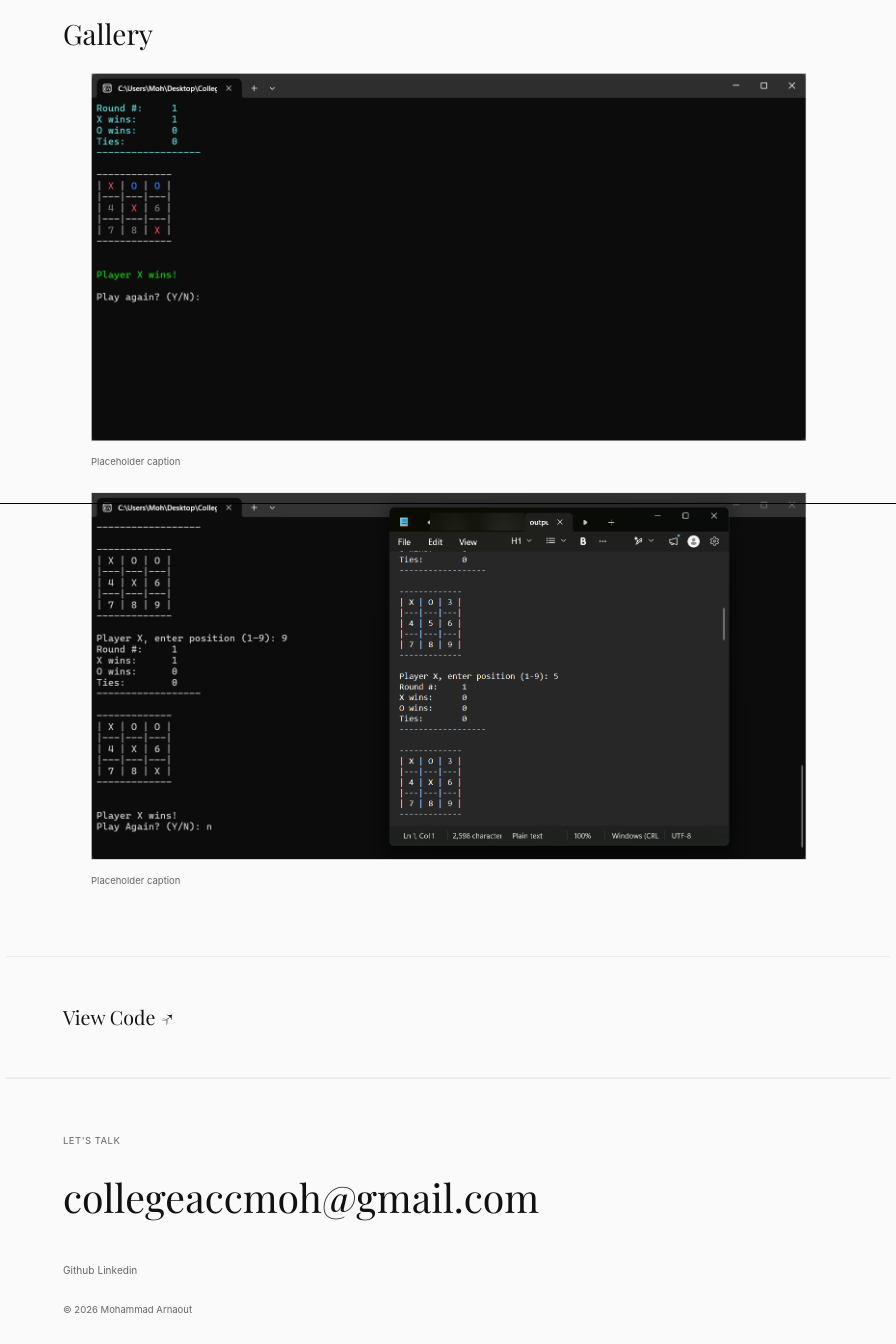
Repository: Moh-Arna/Moh-Arna
Page: project-detail-p1.html
An editor plug-in stored every save of this project. The page is shown before and after the next save, followed by the edit.
The browser window is 1280 px wide. The pictures show the part of the page from y = 2185 to 4105 px (the page is 4121 px tall), at 70% of full size.
Some web fonts or font styles are not loaded; a fallback is used.

Above is the page before, as saved 2026-05-15 22:17:49.

### project-detail-p1.html

<!DOCTYPE html>
<html lang="en">
<head>
  <meta charset="UTF-8">
  <meta name="viewport" content="width=device-width, initial-scale=1.0">
  <title>Tic Tac Toe — Mohammad Arnaout</title>

  <link rel="stylesheet" href="/styles/globals.css">
  <link rel="stylesheet" href="/styles/project-details.css">
</head>

<body>

    <header class="header">

    <div class="container header-inner">

        <a href="index.html" class="name">Mohammad Arnaout</a>

        <nav aria-label="Main Navigation">

            <ul class="nav">

                <li>
                    <a href="./index.html#about">About</a>
                </li>

                <li>
                    <a href="./index.html#work">Work</a>
                </li>

                <li>
                    <a href="./index.html#contact">Contact</a>
                </li>

            </ul>

        </nav>

    </div>

</header>

<main>

    <!-- Back link -->
    <div class="container">
      <a href="./index.html#work" class="back-link">← Back to work</a>
    </div>

    <!-- Project intro -->
    <section class="project-intro">
      <div class="container">
        <div class="project-meta">
          <span>2026</span>
          <span>Tic Tac Toe</span>
        </div>
        <h1>Tic Tac  Toe</h1>
        <p class="tagline">A terminal/command-line based tic tac toe game with colors for a Programming Assignment</p>
      </div>
    </section>

    <!-- Cover image -->
    <section class="cover">
      <div class="container">
        <img src="./assets/images/p1-img1.png" alt="Tic Tac Toe preview">
      </div>
    </section>

    <!-- Info grid -->
    <section class="info">
      <div class="container info-grid">
        <div>
          <p class="info-label">Role</p>
          <p>Developer</p>
        </div>
        <div>
          <p class="info-label">Timeline</p>
          <p>[March 2026]</p>
        </div>
        <div>
          <p class="info-label">Stack</p>
          <p>C#</p>
        </div>
      </div>
    </section>

    <!-- Overview -->
    <section class="content">
      <div class="container">
        <h2 class="section-title">Overview</h2>
        <p>
          This project is meant to demonstrate a surface level understanding of how to handle parallel arrays (and 2d).
        </p>
        <p>
          It's a tic tac toe game on the command line that is replayable. It was made for a Programming assignment of winter 2026.
        </p>
      </div>
    </section>

    <!-- Process -->
    <section class="content">
      <div class="container">
        <h2 class="section-title">Process</h2>
        <p>
          I had to plan it out, with a flowchart and pseudocode.
        </p>
        <p>
          I ran into issues with how to color within the GUI as we did not learn that, so I had to do a little bit of research.
        </p>
      </div>
    </section>

    <!-- Gallery -->
    <section class="gallery">
      <div class="container">
        <h2 class="section-title">Gallery</h2>
        <figure>
          <img src="./assets/images/p1-img2.png" alt="A picture of the tic tac toe game with a winner">
          <figcaption>Placeholder caption</figcaption>
        </figure>
        <figure>
          <img src="./assets/images/p1-img3.png" alt="A picture where the player has stopped playing tic tac toe, and the output file for all the games played">
          <figcaption>Placeholder caption</figcaption>
        </figure>
      </div>
    </section>

    <!-- External links -->
    <section class="links">
      <div class="container">
        <a href="https://github.com/Moh-Arna/tictactoe" target="_blank" class="external-link">View Code ↗</a>
      </div>
    </section>

</main>

<footer id="contact">

    <div class="container">

        <p class="top-paragraph">Let's talk</p>

        <a href="mailto:collegeaccmoh@gmail.com" class="email">collegeaccmoh@gmail.com</a>

        <ul class="socials">

            <li>
                <a href="https://github.com/Moh-Arna" target="_blank">Github</a>
                <a href="https://github.com/Moh-Arna" target="_blank">Linkedin</a>
            </li>

        </ul>

        <p class="copyright">© 2026 Mohammad Arnaout</p>

    </div>

</footer>

</body>
</html>

### styles/globals.css
@font-face {
  font-family: 'Playfair Display';
  src: url('../assets/fonts/Playfair_Display/PlayfairDisplay-VariableFont_wght.ttf') format('truetype');
  font-weight: 400;
  font-style: normal;
  font-display: swap;
}

@font-face {
  font-family: 'Playfair Display';
  src: url('../assets/fonts/Playfair_Display/PlayfairDisplay-Italic-VariableFont_wght.ttf') format('truetype');
  font-weight: 400;
  font-style: italic;
  font-display: swap;
}

@font-face {
  font-family: 'Inter';
  src: url('../assets/fonts/Inter/Inter-VariableFont_opsz,wght.ttf') format('truetype');
  font-weight: 400;
  font-style: normal;
  font-display: swap;
}

@font-face {
  font-family: 'Inter';
  src: url('../assets/fonts/Inter/Inter-Italic-VariableFont_opsz,wght.ttf') format('truetype');
  font-weight: 400;
  font-style: italic;
  font-display: swap;
}

:root {
  --bg: #fafafa;
  --text: #111;
  --muted: #666;
  --border: #e5e5e5;
}

body {
  font-family: 'Inter', sans-serif;
  background-color: var(--bg);
  color: var(--text);
  line-height: 1.6;
}

a {
  color: inherit;
  text-decoration: none;
}

h1, h2, h3 {
  font-family: 'Playfair Display', serif;
  font-weight: 400;
  line-height: 1.2;
}

ul, ol {
  list-style: none;
  padding: 0;
}

.container {
  max-width: 1100px;
  margin: 0 auto;
  padding: 0 1.5rem;
}

/* ===== Shared: Header (used on every page) ===== */
.header {
  padding: 1.5rem 0;
  border-bottom: 1px solid var(--border);
}

.header-inner {
  display: flex;
  justify-content: space-between;
  align-items: center;
}

.nav {
  display: flex;
  gap: 1.5rem;
}

.nav a {
  color: var(--muted);
  font-size: 0.9rem;
}

.nav a:hover {
  color: var(--text);
}

/* ===== Shared: Footer (used on every page) ===== */
#contact {
  padding: 4rem 0 2rem;
  border-top: 1px solid var(--border);
}

.top-paragraph {
  font-size: 0.85rem;
  color: var(--muted);
  text-transform: uppercase;
  letter-spacing: 0.05em;
  margin-bottom: 1.5rem;
}

.email {
  font-family: 'Playfair Display', serif;
  font-size: 2rem;
  display: inline-block;
  margin-bottom: 2rem;
  word-break: break-word;
}

.socials {
  display: flex;
  gap: 1.5rem;
  margin-bottom: 2rem;
}

.socials a {
  color: var(--muted);
  font-size: 0.9rem;
}

.socials a:hover {
  color: var(--text);
}

.copyright {
  color: var(--muted);
  font-size: 0.85rem;
}

@media (min-width: 768px) {
  .email {
    font-size: 3.5rem;
  }
}

### styles/project-details.css
/* Back link */
.back-link {
  display: inline-block;
  color: var(--muted);
  font-size: 0.9rem;
  padding: 2rem 0 1rem;
}

.back-link:hover {
  color: var(--text);
}

/* Project intro */
.project-intro {
  padding: 2rem 0 4rem;
}

.project-meta {
  display: flex;
  gap: 1rem;
  font-size: 0.85rem;
  color: var(--muted);
  text-transform: uppercase;
  letter-spacing: 0.05em;
  margin-bottom: 1.5rem;
}

.project-intro h1 {
  font-size: 2.5rem;
  margin-bottom: 1rem;
}

.tagline {
  color: var(--muted);
  max-width: 50ch;
}

/* Cover */
.cover {
  padding-bottom: 4rem;
}

.cover img {
  width: 100%;
  border: 1px solid var(--border);
}

/* Info grid */
.info {
  padding: 2rem 0 4rem;
  border-top: 1px solid var(--border);
  border-bottom: 1px solid var(--border);
}

.info-grid {
  display: flex;
  flex-direction: column;
  gap: 1.5rem;
}

.info-label {
  font-size: 0.85rem;
  color: var(--muted);
  text-transform: uppercase;
  letter-spacing: 0.05em;
  margin-bottom: 0.25rem;
}

/* Content sections (Overview, Process) */
.content {
  padding: 4rem 0;
  border-bottom: 1px solid var(--border);
}

.section-title {
  font-size: 2rem;
  margin-bottom: 2rem;
}

.content p {
  max-width: 60ch;
  margin-bottom: 1rem;
  color: #333;
}

/* Gallery */
.gallery {
  padding: 4rem 0;
  border-bottom: 1px solid var(--border);
}

.gallery figure {
  margin-bottom: 2rem;
}

.gallery img {
  width: 100%;
  border: 1px solid var(--border);
  margin-bottom: 0.75rem;
}

.gallery figcaption {
  font-size: 0.85rem;
  color: var(--muted);
}

/* External links */
.links {
  padding: 4rem 0;
  border-bottom: 1px solid var(--border);
}

.links .container {
  display: flex;
  gap: 2rem;
}

.external-link {
  font-family: 'Playfair Display', serif;
  font-size: 1.4rem;
}

.external-link:hover {
  font-style: italic;
}

/* Tablet / Desktop */
@media (min-width: 768px) {
  .project-intro {
    padding: 4rem 0 5rem;
  }

  .project-intro h1 {
    font-size: 3.75rem;
  }

  .section-title {
    font-size: 2.5rem;
  }

  .info-grid {
    flex-direction: row;
    gap: 4rem;
  }

  .info-grid > div {
    flex: 1;
  }

  .external-link {
    font-size: 1.75rem;
  }
}

After the next save:
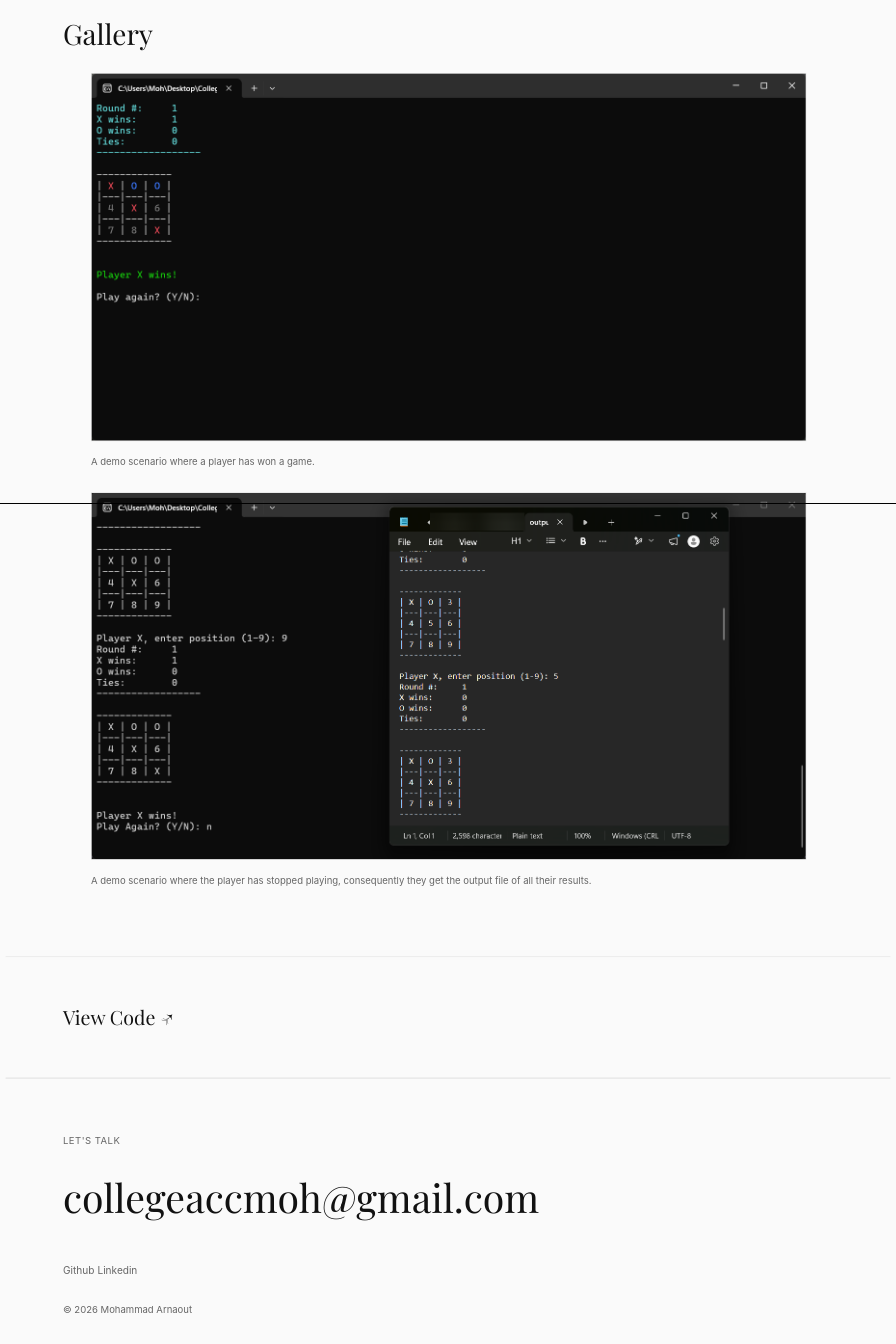
Saved 59 s later.
--- a/project-detail-p1.html
+++ b/project-detail-p1.html
@@ -118,11 +118,11 @@
         <h2 class="section-title">Gallery</h2>
         <figure>
           <img src="./assets/images/p1-img2.png" alt="A picture of the tic tac toe game with a winner">
-          <figcaption>Placeholder caption</figcaption>
+          <figcaption>A demo scenario where a player has won a game.</figcaption>
         </figure>
         <figure>
           <img src="./assets/images/p1-img3.png" alt="A picture where the player has stopped playing tic tac toe, and the output file for all the games played">
-          <figcaption>Placeholder caption</figcaption>
+          <figcaption>A demo scenario where the player has stopped playing, consequently they get the output file of all their results.</figcaption>
         </figure>
       </div>
     </section>
